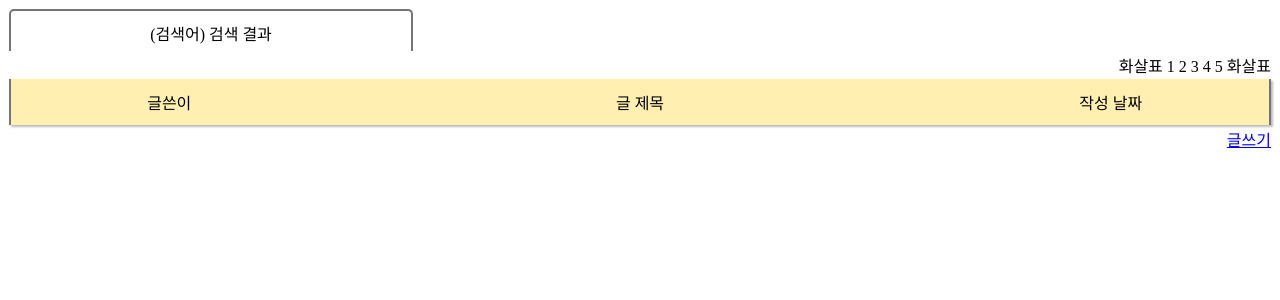
Repository: GOHO97/Haheeho
Page: http://localhost/Haheeho_Adblock/WEB-INF/views/board/board.jsp
The author's editor kept a copy of each file at every save. The page is drawn from the files as they stood at one save, then again after the next save.
The browser window is 1280 px wide. The pictures show the whole page.
The page is served by Tomcat 9. Nobody is signed in. Other server files are loaded and not shown. The template is opened directly, without the code that normally fills it, so the values that code supplies are empty.

Above is the page before, as saved 2022-11-01 03:19:46.

### Haheeho_Adblock/src/main/webapp/WEB-INF/views/board/board.jsp
<%@ page language="java" contentType="text/html; charset=UTF-8"
    pageEncoding="UTF-8"%>
<!DOCTYPE html>
<html>
<head>
<meta charset="UTF-8">
<title>Insert title here</title>
<link rel="stylesheet" href="resources/css/board.css">
</head>
<body>
	<table id="boardMainTable">
		<tr>
			<td align="left">
				<div id="boardSearchResultDiv">
					(검색어) 검색 결과
				</div>
			</td>
		</tr>
		<tr>
			<td align="right">
				화살표 1 2 3 4 5 화살표
			</td>
		</tr>
		<tr>
			<td align="center">
				<table class="boardArea">
					<tr>
						<td class="boardUserName" align="center">
							글쓴이
						</td>
						<td class="boardTitle" align="center">
							<a>글 제목</a>
						</td>
						<td class="boardDate" align="center">
							작성 날짜
						</td>
					</tr>
				</table>
			</td>
		</tr>
		<tr>
			<td align="right">
				<a href="board.write.go">글쓰기</a>
			</td>
		</tr>
	</table>
</body>
</html>

### Haheeho_Adblock/src/main/webapp/resources/css/board.css
@charset "UTF-8";

#boardSearchTab {
	width: 50%;
	height: 30px;
}

#boardMainTable{
	width: 100%;
	border-spacing: 0;
}

.boardArea {
	border-left: 2px solid #757575;
	border-right: 2px solid #757575;
	box-shadow: 2px 2px 2px #BDBDBD;
	width: 100%;
	background-color: #FFE16480;
}


.boardUserName, .boardTitle, .boardDate{
	height: 40px;
}

.boardUserName{
	width: 25%;
}

.boardTitle{
	width: 50%;
}

.boardDate{
	width: 25%;
}

#boardWriteButton{
	background-color: #EF5E5A;
	border: none;
	font-family: "b";
	font-size: 20px;
	color: #FFE164;
	border-bottom-left-radius: 5px;
	border-bottom-right-radius: 5px;
}

#boardSearchResultDiv{
	margin-right: 440px;
	width: 400px;
	height: 30px;
	padding-top:10px;
	border-top: 2px solid #757575;
	border-left: 2px solid #757575;
	border-right: 2px solid #757575;
	border-top-left-radius: 5px;
	border-top-right-radius: 5px;
	text-align: center;
}

#boardSearchResultDiv span{
	color: red;
}

#boardSearchResultDiv a{
	font-size: 15px;
	background-color: #EF5E5A30;
	border-radius: 5px;
}

#boardPageNum{
	border-left: 2px solid #757575;
	border-right: 2px solid #757575;
	border-bottom: 2px solid #757575;
	box-shadow: 2px 2px 2px #BDBDBD;
	padding-right: 20px;
}

After the next save:
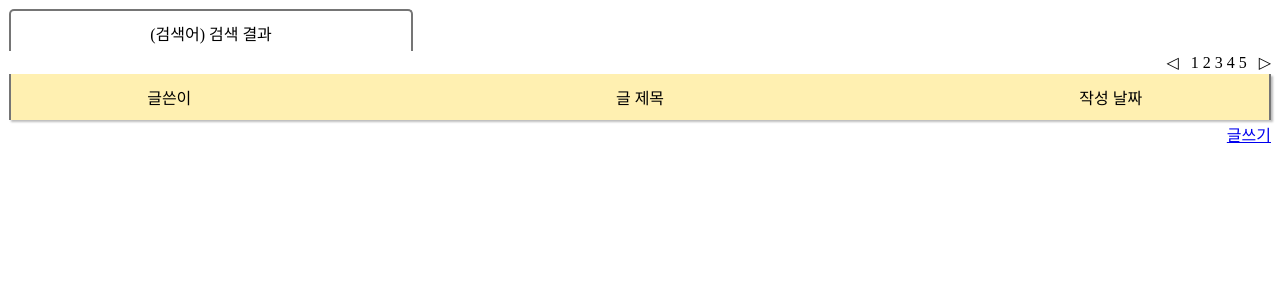
Saved 2 min 54 s later.
--- a/Haheeho_Adblock/src/main/webapp/WEB-INF/views/board/board.jsp
+++ b/Haheeho_Adblock/src/main/webapp/WEB-INF/views/board/board.jsp
@@ -18,7 +18,7 @@
 		</tr>
 		<tr>
 			<td align="right">
-				화살표 1 2 3 4 5 화살표
+				◁ &nbsp;&nbsp;1 2 3 4 5&nbsp;&nbsp; ▷
 			</td>
 		</tr>
 		<tr>
